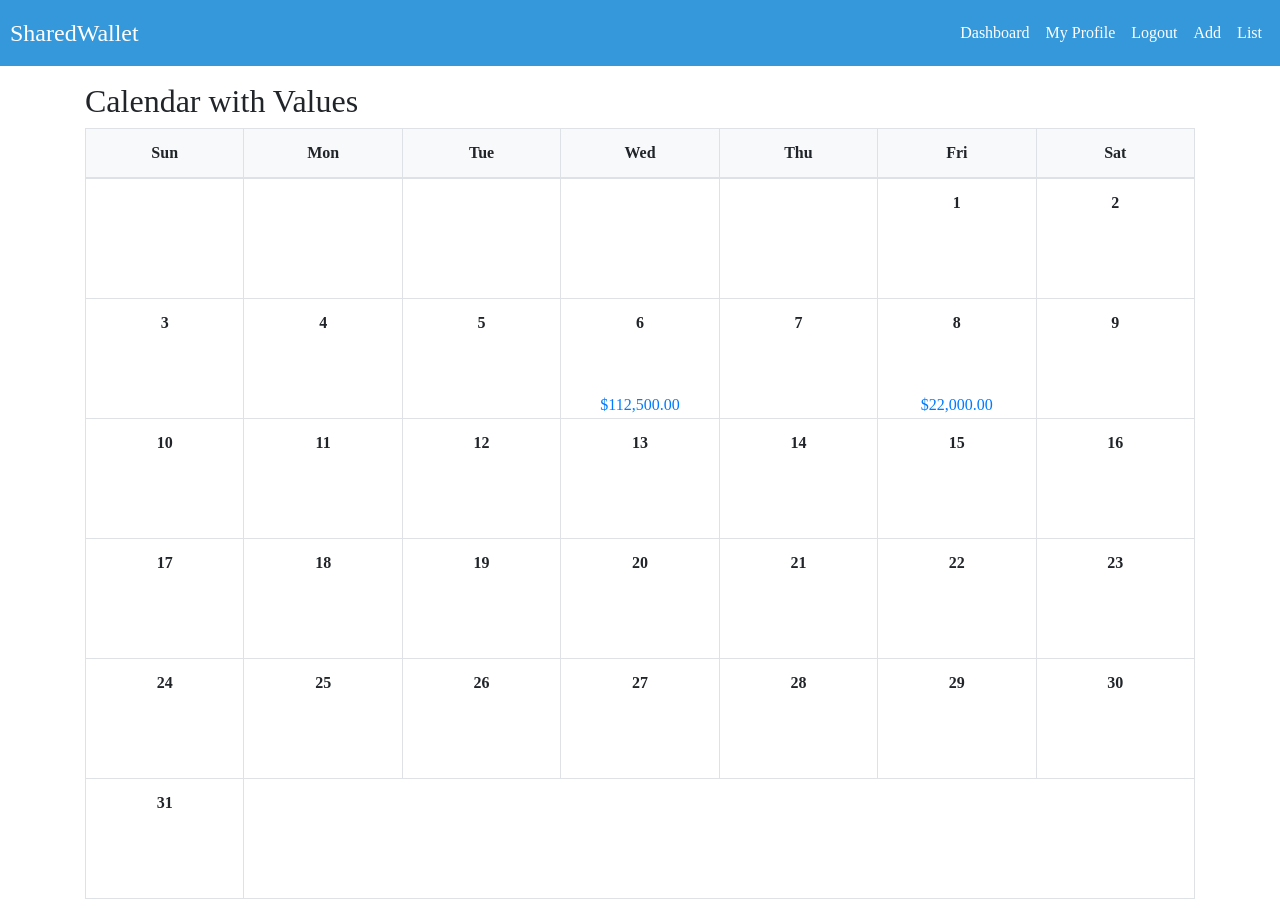
Repository: YoonHakyoung/SharedWallet
Page: http://localhost/Final_Exam/WEB-INF/views/asset/calender.jsp
The author's editor kept a copy of each file at every save. The page is drawn from the files as they stood at one save, then again after the next save.
The browser window is 1280 px wide. The pictures show the whole page.
Some web fonts or font styles are not loaded; a fallback is used. The page is served by Tomcat 9. Nobody is signed in. The template is opened directly, without the code that normally fills it, so the values that code supplies are empty.

Above is the page before, as saved 2023-12-10 07:27:13.

After the next save:
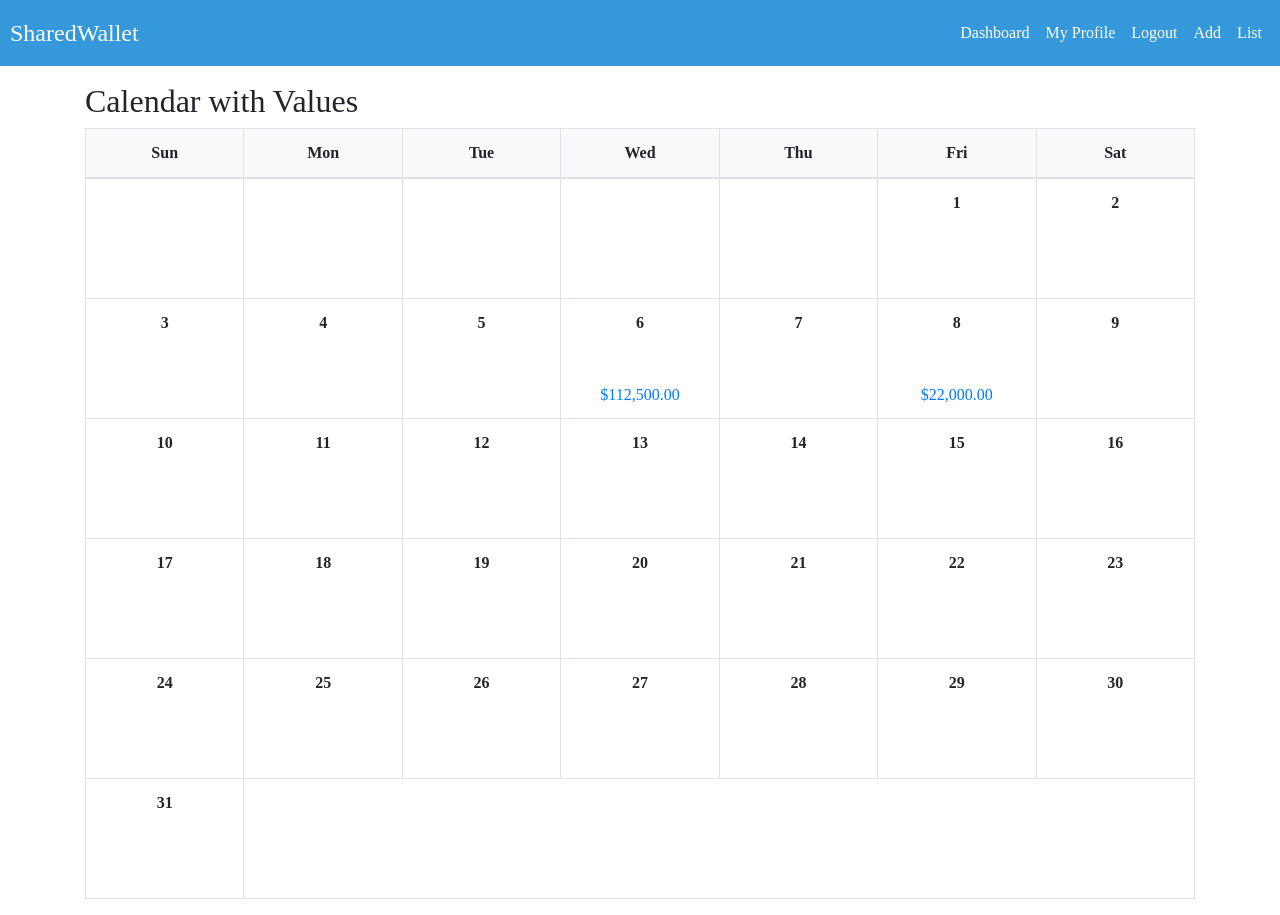
Saved 12 s later.
--- a/Spring/Project/Final Exam/src/main/webapp/WEB-INF/views/asset/calender.jsp
+++ b/Spring/Project/Final Exam/src/main/webapp/WEB-INF/views/asset/calender.jsp
@@ -49,7 +49,7 @@
 
         .date {
             font-weight: bold;
-            margin-bottom: 10px;
+            margin-bottom: 0px;
         }
 
         .value {
